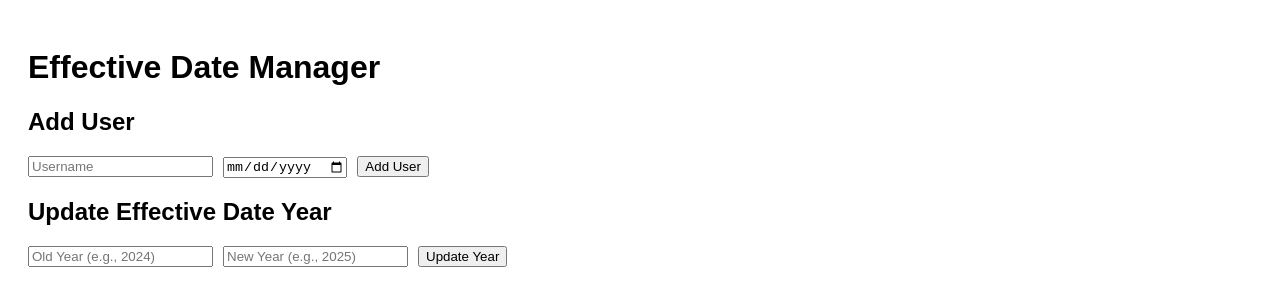
Repository: pripriya09/update-matchYear-Database
Page: / (app in frontend/)
These files come from the project's save history. The page is drawn as it stood at one moment and after a run of saves; the edit follows.
The browser window is 1280 px wide. The pictures show the whole page.
The project was rebuilt for these pictures with package versions that can differ from the ones it lists, and the page was loaded fresh each time. Also part of the build but not shown: frontend/vite.config.js.

Above is the page before, as saved 2024-12-19 12:41:54.

### frontend/src/App.jsx
import React, { useState } from "react";

const App = () => {
  const [username, setUsername] = useState("");
  const [effectiveDate, setEffectiveDate] = useState("");
  const [oldYear, setOldYear] = useState("");
  const [newYear, setNewYear] = useState("");
  const [message, setMessage] = useState("");

  const baseURL = "http://localhost:8000";

  // Add User
  const handleAddUser = async () => {
    if (!username || !effectiveDate) {
      setMessage("Please provide both username and effective date.");
      return;
    }

    try {
      const response = await fetch(`${baseURL}/users`, {
        method: "POST",
        headers: { "Content-Type": "application/json" },
        body: JSON.stringify({ username, effective_date: effectiveDate }),
      });
      const data = await response.json();

      if (response.ok) {
        setMessage("User added successfully!");
        setUsername("");
        setEffectiveDate("");
      } else {
        setMessage(data.message || "Failed to add user.");
      }
    } catch (error) {
      console.error("Error adding user:", error);
      setMessage("An error occurred while adding the user.");
    }
  };

  // Update Year
  const handleUpdateYear = async () => {
    if (!oldYear || !newYear) {
      setMessage("Please provide both old year and new year.");
      return;
    }

    try {
      const response = await fetch(`${baseURL}/update-year`, {
        method: "POST",
        headers: { "Content-Type": "application/json" },
        body: JSON.stringify({ oldYear, newYear }),
      });
      const data = await response.json();

      if (response.ok) {
        setMessage(data.message || "Year updated successfully!");
        setOldYear("");
        setNewYear("");
      } else {
        setMessage(data.message || "Failed to update year.");
      }
    } catch (error) {
      console.error("Error updating year:", error);
      setMessage("An error occurred while updating the year.");
    }
  };

  return (
    <div style={{ padding: "20px", fontFamily: "Arial, sans-serif" }}>
      <h1>Effective Date Manager</h1>

      {/* Add User */}
      <div style={{ marginBottom: "20px" }}>
        <h2>Add User</h2>
        <input
          type="text"
          placeholder="Username"
          value={username}
          onChange={(e) => setUsername(e.target.value)}
          style={{ marginRight: "10px" }}
        />
        <input
          type="date"
          value={effectiveDate}
          onChange={(e) => setEffectiveDate(e.target.value)}
          style={{ marginRight: "10px" }}
        />
        <button onClick={handleAddUser}>Add User</button>
      </div>

      {/* Update Year */}
      <div style={{ marginBottom: "20px" }}>
        <h2>Update Effective Date Year</h2>
        <input
          type="text"
          placeholder="Old Year (e.g., 2024)"
          value={oldYear}
          onChange={(e) => setOldYear(e.target.value)}
          style={{ marginRight: "10px" }}
        />
        <input
          type="text"
          placeholder="New Year (e.g., 2025)"
          value={newYear}
          onChange={(e) => setNewYear(e.target.value)}
          style={{ marginRight: "10px" }}
        />
        <button onClick={handleUpdateYear}>Update Year</button>
      </div>

      {/* Message */}
      {message && <p style={{ color: "green" }}>{message}</p>}
    </div>
  );
};

export default App;

Loaded but not shown: frontend/index.html (common file); frontend/src/main.jsx (common file)

After the next 2 saves:
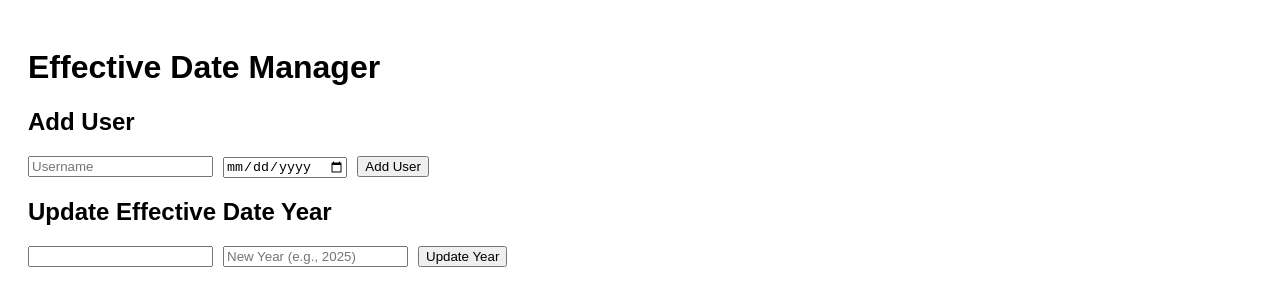
The 2 saves are shown as one change because they came seconds apart.
The last was saved 2 min 47 s later.
--- a/frontend/src/App.jsx
+++ b/frontend/src/App.jsx
@@ -93,7 +93,7 @@ const App = () => {
         <h2>Update Effective Date Year</h2>
         <input
           type="text"
-          placeholder="Old Year (e.g., 2024)"
+          placeholder=""
           value={oldYear}
           onChange={(e) => setOldYear(e.target.value)}
           style={{ marginRight: "10px" }}
